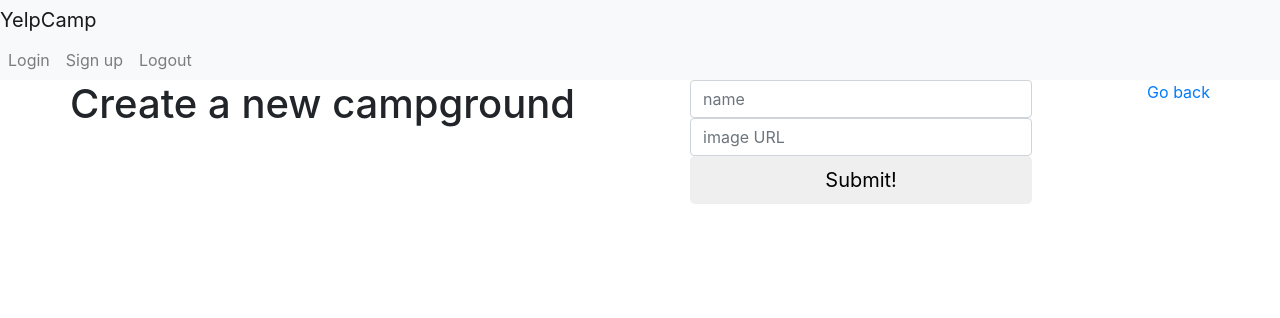
Repository: DevIvanVarela/the-web-developer-bootcamp
Page: http://localhost/campgrounds/new
The author's editor kept a record of every edit. The page is drawn from the files as they stood at one moment, then again after the next edit.
The browser window is 1280 px wide. The pictures show the whole page.
The page is served by the project's Node server (YelpCamp/v1/app.js).

Above is the page before.

### workspace/YelpCamp/v1/views/new.ejs
<% include partials/header %>
<div class="container">
    <div class="row">
        <h1>Create a new campground</h1>
        <div style="width: 30%; margin: 0 auto;">
            <form action="/campgrounds" method="POST">
                <div class="from-group">
                    <input class="form-control" type="text" name="name" placeholder="name">
                </div>
                <div class="from-group">
                    <input class="form-control" type="text" name="image" placeholder="image URL">
                </div>
                <div class="from-group">
                    <button class="btn btn-lg btn-default btn-block">Submit!</button>
                </div>
            </form>
        </div>
        <a href="/campgrounds">Go back</a>
    </div>
</div>
<% include partials/footer %>

### workspace/YelpCamp/v1/views/partials/header.ejs
<!DOCTYPE html>
<html>
    <head>
        <title>YelpCamp</title>
        <link rel="stylesheet" href="https://stackpath.bootstrapcdn.com/bootstrap/4.1.3/css/bootstrap.min.css">
    </head>
    <body>
    <nav class="navnavbar navbar-expand-lg navbar-light bg-light">
        <a class="navbar-brand" href="/">YelpCamp</a>
        <div class="collapse navbar-collapse">
            <ul class="navbar-nav mr-auto">
                <li class="nav-item"><a href="/" class="nav-link">Login</a></li>
                <li class="nav-item"><a href="/" class="nav-link">Sign up</a></li>
                <li class="nav-item"><a href="/" class="nav-link">Logout</a></li>
            </ul>
        </div>
    </nav>

### workspace/YelpCamp/v1/app.js
var express = require("express");
var app = express();
var bodyParser = require("body-parser");

app.use(bodyParser.urlencoded({extended: true}));
app.set("view engine", "ejs");

app.get("/", function(req, res) {
    res.render("landing");
});

var campgrounds = [
    { name: "Salmon Creek", image: "https://photosforclass.com/download/flickr-16263386718" },
    { name: "Granite Hill", image: "https://photosforclass.com/download/pixabay-1851092?webUrl=https%3A%2F%2Fpixabay.com%2Fget%2Fe83db40e28fd033ed1584d05fb1d4e97e07ee3d21cac104491f1c07ea3ebb5bf_960.jpg&user=Pexels" },
    { name: "Montain Goat's Rest", image: "https://photosforclass.com/download/pixabay-1208201?webUrl=https%3A%2F%2Fpixabay.com%2Fget%2Fe837b1072af4003ed1584d05fb1d4e97e07ee3d21cac104491f1c07ea3ebb5bf_960.jpg&user=Free-Photos" }
];

app.get("/campgrounds", function(req, res){
   res.render("campgrounds", {campgrounds: campgrounds});
});

app.post("/campgrounds", function(req, res){
    var name = req.body.name;
    var image = req.body.image;

    campgrounds.push({name: name, image: image});

    res.redirect("/campgrounds");
});

app.get("/campgrounds/new", function(req, res){
    res.render("new.ejs");

});

app.listen(process.env.PORT, process.env.IP, function() {
   console.log("The YelpCamp Server has started.");
});

Loaded but not shown: workspace/YelpCamp/v1/views/partials/footer.ejs (common file)

After the next edit:
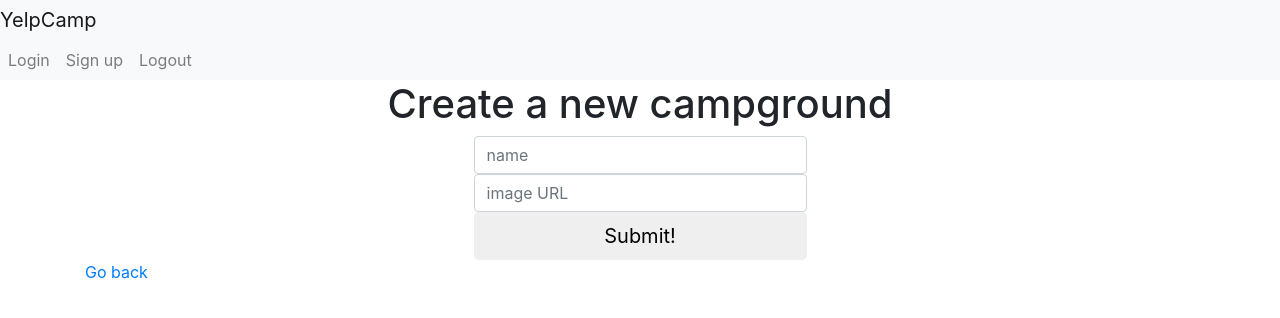
The edit:
--- a/workspace/YelpCamp/v1/views/new.ejs
+++ b/workspace/YelpCamp/v1/views/new.ejs
@@ -1,7 +1,7 @@
 <% include partials/header %>
 <div class="container">
-    <div class="row">
-        <h1>Create a new campground</h1>
+
+        <h1 style="text-align: center">Create a new campground</h1>
         <div style="width: 30%; margin: 0 auto;">
             <form action="/campgrounds" method="POST">
                 <div class="from-group">
